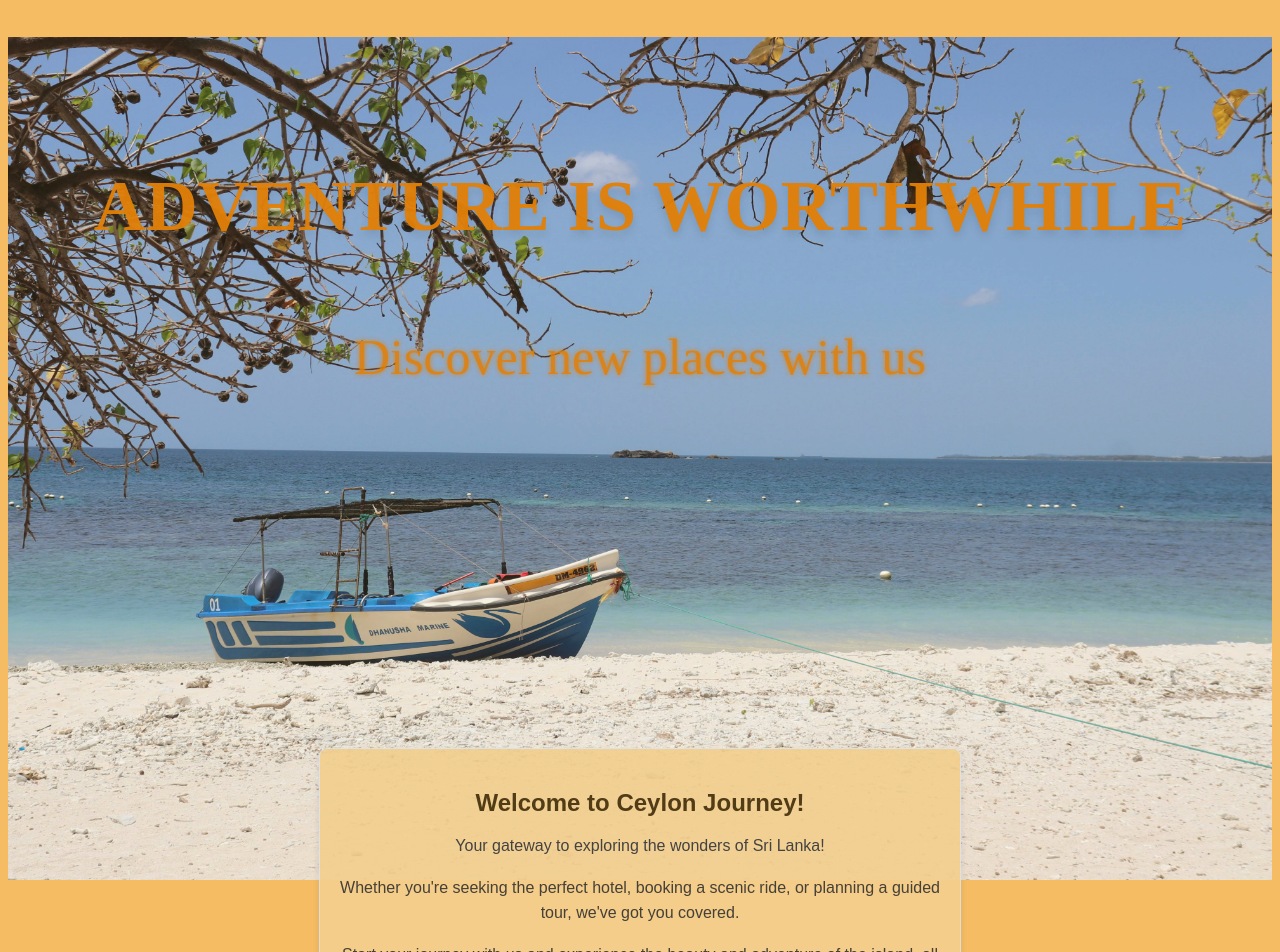
Repository: KasunInd27/Ceylon-Journey
Page: Home/home.html
An editor plug-in stored every save of this project. The page is shown before and after the next save, followed by the edit.
The browser window is 1280 px wide. The pictures show the part of the page from y = 0 to 952 px (the page is 1542 px tall).
A picture or video elsewhere on the page could not be fetched, so the positions and the page height are approximate.

Above is the page before, as saved 2024-10-05 16:08:45.
Console error: SyntaxError: Unexpected token '<'

### Home/home.html
<!DOCTYPE html>
<html lang="en">
<head>
    <meta charset="UTF-8">
    <meta name="viewport" content="width=device-width, initial-scale=1.0">
    <!-- Font Awesome CDN link for using icons -->
    <link rel="stylesheet" href="https://cdnjs.cloudflare.com/ajax/libs/font-awesome/5.15.3/css/all.min.css">
    <link href="https://fonts.googleapis.com/css2?family=Roboto:wght@400;700&display=swap" rel="stylesheet">

    <link rel="stylesheet" href="CSS/home.css">
    <script src="JS/home.js"></script>
    <style>
        .mySlides {display:none;}
    </style>
    <title>Home Page</title>
</head>
<body>
    <section class="home" id="home">
        <div class="content">
            <h3>adventure is worthwhile</h3>
            <p>Discover new places with us</p>
        </div>

        <div class="slide">
            <img class="homeSlides" src="../image/train.jpg" style="width:100%">
            <img class="homeSlides" src="../image/boat.jpg" style="width:100%">
            <img class="homeSlides" src="../image/fish.jpg" style="width:100%">
        </div>
    </section>

    <section class="welcome">
        <h2>Welcome to Ceylon Journey!</h2>
        <p>Your gateway to exploring the wonders of Sri Lanka!</p>
        <p>Whether you're seeking the perfect hotel, booking a scenic ride, or planning a guided tour, we've got you covered.</p>
        <p>Start your journey with us and experience the beauty and adventure of the island, all in one place.</p>
    </section>

    <div class="details">
        <div class="detailsInner">
            <h2>300 + hotel</h2>
            <a href="#"><img src="../image/hotel-home.jpg"></a>
            <a href="#"><p>For affordable prices</p></a>
        </div>

        <div class="detailsInner">
            <h2>Discover beauty of Sri Lanka</h2>
            <a href="#"><img src="../image/place-home.jpg"></a>
            <a href="#"><p>Most trending destinations</p></a>
        </div>

        <div class="detailsInner">
            <h2>Fascinating Discount</h2>
            <a href="#"><img src="../image/discount-home.jpg"></a>
            <a href="#"><p>Enjoy discount for your stay</p></a>
        </div>
    </div>








    <script>
        var myIndex = 0;
        carousel();

        function carousel() {
          var i;
          var x = document.getElementsByClassName("homeSlides");
          for (i = 0; i < x.length; i++) {
            x[i].style.display = "none";
          }
          myIndex++;
          if (myIndex > x.length) {myIndex = 1}
          x[myIndex-1].style.display = "block";
          setTimeout(carousel, 4000); // Change image every 2 seconds
        }
        </script>




</body>
</html>

### Home/CSS/home.css
body{
    background-color: #f6bc64;
}

.home.controls {
    padding: 1rem;
    border-radius: 5rem;
    background: rgba(169, 1, 1, 0.7);
    position: relative;
    top: 10rem;

}

.home .controls .img-btn {

    height: 2rem;
    width: 2rem;
    display: inline-block;
    border-radius: 50%;
    background: #fff;
    cursor: pointer;
    margin: 0 .5rem;

}
.home .controls .img-btn.active {
    background: var(--orange);
}

.content
{
    margin-top: -200px;
    text-shadow: 0px 0px 5px;
}

#home {
    min-height: 100vh;
    /* Ensures it takes up the full viewport height */
    display: flex;
    /* Enables flexbox layout */
    align-items: center;
    /* Vertically centers content */
    justify-content: center;
    /* Horizontally centers content */
    flex-flow: column;
    /* Aligns children in a column layout */
    position: relative;
    /* Allows child elements to use absolute positioning */
    z-index: 0;
    /* Ensures this section has the correct stacking order */
    margin-left: 0px;
    margin-right: 0px;
}
.home .content {
    text-align: center;
    /* Centers the text within the .content container */
}
/* Styles for h3 elements inside the .content class within the .home section */

.home .content h3 {
    font-size: 4.5rem;
    /* Sets a large font size for the heading */
    color: #e17f08f4;
    /* White text color */
    text-transform: uppercase;
    /* Makes the text uppercase */
    text-shadow: 0 .3rem .5rem rgba(0, 0, 0, .1);
    /* Adds a soft shadow to the text */
}

.home .content p {
    font-size: 2.5rem;
    /* Sets the font size for paragraphs inside the .content class in the .home section */
    color: #e17f08f4;
    /* Sets the text color to white */
    padding: 0.5rem 0;
    /* Adds vertical padding (top and bottom) of 0.5rem */
    opacity: 0.90;
    z-index: -1;
    font-size: 50px;
}


.slide
{
    margin-top: -590px;
    background-size:contain;
    background-position:center;
    background-repeat: no-repeat;
    position:absolute;
    width: 100%;
    height: 10%;
    opacity: 0.90;
    z-index: -1;
}

.welcome {
    background-color: #f3cf8e; /* Light background */
    border: 1px solid #dee2e6; /* Border around the section */
    border-radius: 8px; /* Rounded corners */
    padding: 20px; /* Padding inside the section */
    margin: 20px auto; /* Center the section */
    max-width: 600px; /* Maximum width */
    text-align: center; /* Center text */
    box-shadow: 0 4px 8px rgba(0, 0, 0, 0.1); /* Subtle shadow for depth */
    font-family: 'Playwrite Deutschland Grundschrift', sans-serif; /* Apply the Roboto font */
    z-index: -1;
    opacity: 0.90;
}

.welcome h2 {
    color: #412b03; /* Primary color for heading */
    margin-bottom: 15px; /* Space below the heading */
    z-index: -5;
}

.welcome p {
    color: #333; /* Dark gray for text */
    line-height: 1.6; /* Improved line spacing */
    margin-bottom: 10px; /* Space below paragraphs */
    z-index: -5;
}

.details{
    display: flex;
}

.detailsInner {
    background-color: white;
    box-shadow: 0px 0px 10px rgba(0, 0, 0, 0.3);
    border-radius: 5px;
    align-items:self-start;
    margin: 50px;
    height: 390px;
    width: 400px;
}

.detailsInner img {
    width: 100%;
}

.detailsInner img:hover{
    cursor: pointer;
}

.detailsInner h2 {
    color: #dd8d15;
}

.detailsInner a {
    text-decoration: none;
    color: #f1a32d;
}

.detailsInner:hover{
    font-weight: bold;
    cursor: pointer;
    transform: scale(1.1);
}

.details .detailsInner h2
{
    text-align: center;
    align-items: center;
}

.details .detailsInner p
{
    text-align: center;
    align-items: center;
    font-size: 20px;
}

### Home/JS/home.js
<!DOCTYPE html>
<html lang="en">
<head>
    <meta charset="UTF-8">
    <meta name="viewport" content="width=device-width, initial-scale=1.0">
    <!-- Font Awesome CDN link for using icons -->
    <link rel="stylesheet" href="https://cdnjs.cloudflare.com/ajax/libs/font-awesome/5.15.3/css/all.min.css">
    <link href="https://fonts.googleapis.com/css2?family=Roboto:wght@400;700&display=swap" rel="stylesheet">

    <link rel="stylesheet" href="CSS/home.css">
    <script src="JS/home.js"></script>
    <style>.imgSlide {display:none;}</style>
    <title>Home Page</title>
</head>
<body>
    <section class="home" id="home">
        <div class="content">
            <h3>adventure is worthwhile</h3>
            <p>discover new places with us,adventure awaits</p>
            <a href="#" class="btn">discover more</a>
        </div>

        <div class="image-slide" style="max-width:500px">
            <img class="imgSlide" src="../image/train.jpg" style="width:100%">
            <img class="imgSlide" src="../image/elephants.jpg" style="width:100%">
            <img class="imgSlide" src="../image/boats.jpg" style="width:100%">
            <img class="imgSlide" src="../image/fish.jpg" style="width:100%">
            <img class="imgSlide" src="../image/arc.jpg" style="width:100%">

        </div>


    </section>
</body>
</html>

After the next save:
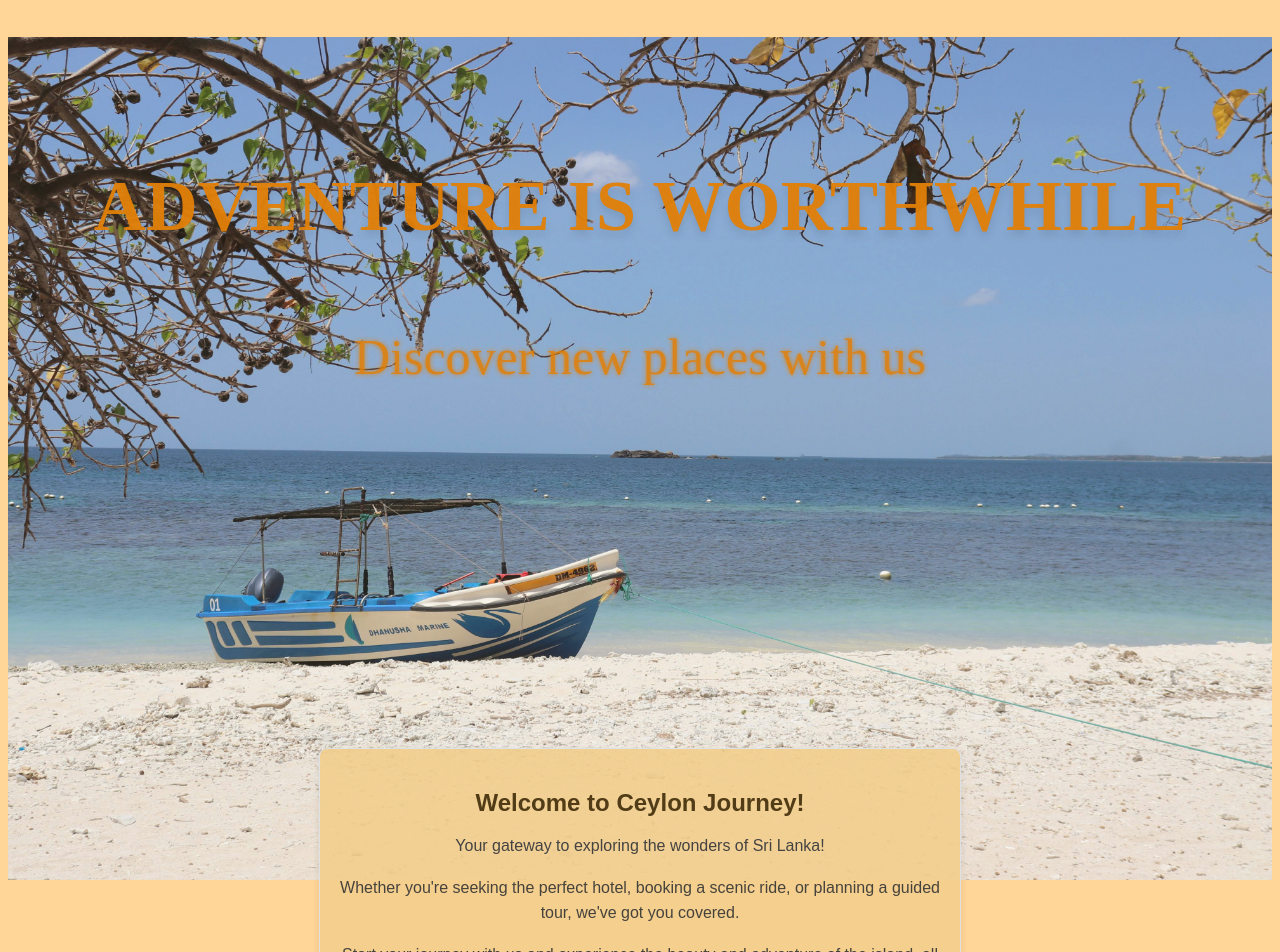
Saved 14 s later.
--- a/Home/CSS/home.css
+++ b/Home/CSS/home.css
@@ -1,5 +1,5 @@
 body{
-    background-color: #f6bc64;
+    background-color: #ffd698;
 }
 
 .home.controls {
